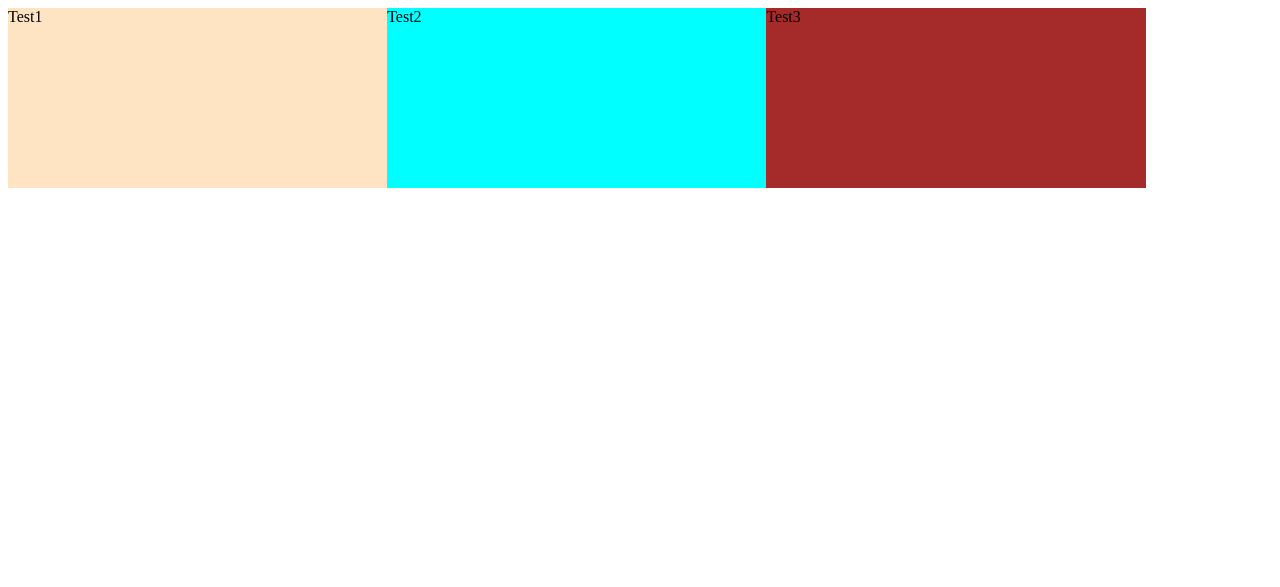
Repository: LongNguyen2504/T3H-FrondEnd
Page: Lesson4_CSS_Lecture.html
The author's editor kept a copy of each file at every save. The page is drawn from the files as they stood at one save, then again after the next save.
The browser window is 1280 px wide. The pictures show the whole page.

Above is the page before, as saved 2021-12-03 19:52:25.

### Lesson4_CSS_Lecture.html
<!DOCTYPE html>
<html lang="en">
<head>
    <meta charset="UTF-8">
    <meta http-equiv="X-UA-Compatible" content="IE=edge">
    <meta name="viewport" content="width=device-width, initial-scale=1.0">
    <title>Document</title>
    <style>
        .ancestor-div{
            width: 100%;
            height: 100%;
            float:left
        }
        .test{
            float: inherit;
            width: 30%;
            height: 180px;

        }
    </style>
</head>
<body>
    <div class="ancestor-div">
        <div class="test" style="background-color: bisque;">Test1</div>
        <div class="test" style="background-color: aqua;">Test2</div>
        <div class="test" style="background-color: brown;">Test3</div>
    </div>
</body>
</html>

After the next save:
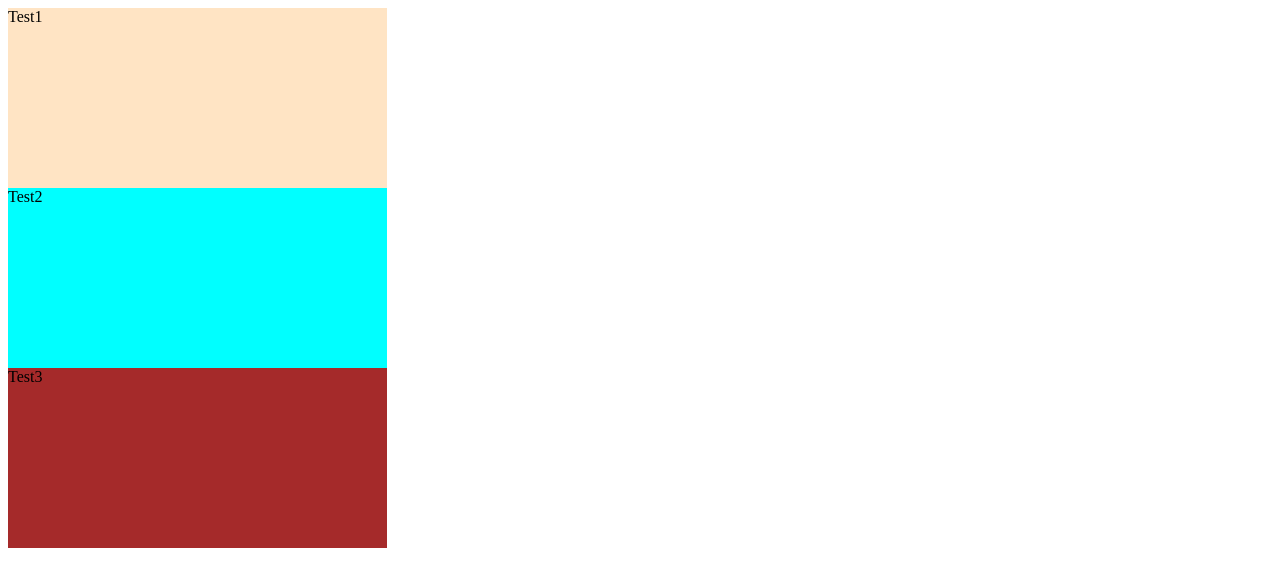
Saved 2 min 14 s later.
--- a/Lesson4_CSS_Lecture.html
+++ b/Lesson4_CSS_Lecture.html
@@ -9,10 +9,11 @@
         .ancestor-div{
             width: 100%;
             height: 100%;
-            float:left
+            /* float:left */
+            display: inline-block;
         }
         .test{
-            float: inherit;
+            /* float: inherit; */
             width: 30%;
             height: 180px;
 

After the save that followed:
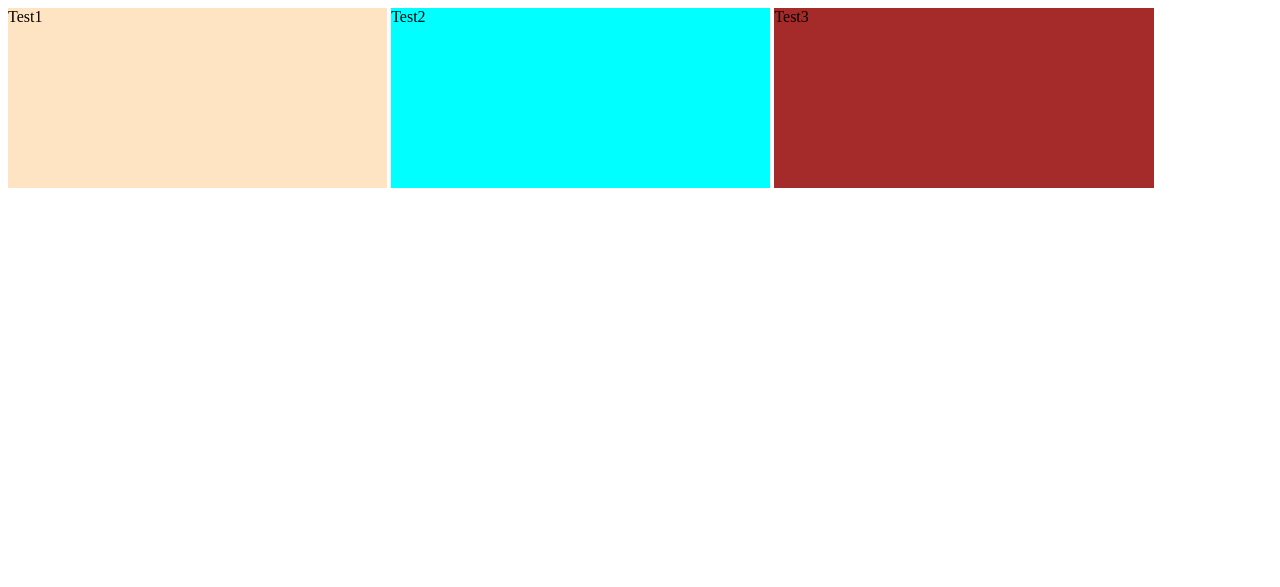
Saved 28 s later.
--- a/Lesson4_CSS_Lecture.html
+++ b/Lesson4_CSS_Lecture.html
@@ -10,13 +10,13 @@
             width: 100%;
             height: 100%;
             /* float:left */
-            display: inline-block;
+
         }
         .test{
             /* float: inherit; */
             width: 30%;
             height: 180px;
-
+            display: inline-block;
         }
     </style>
 </head>
